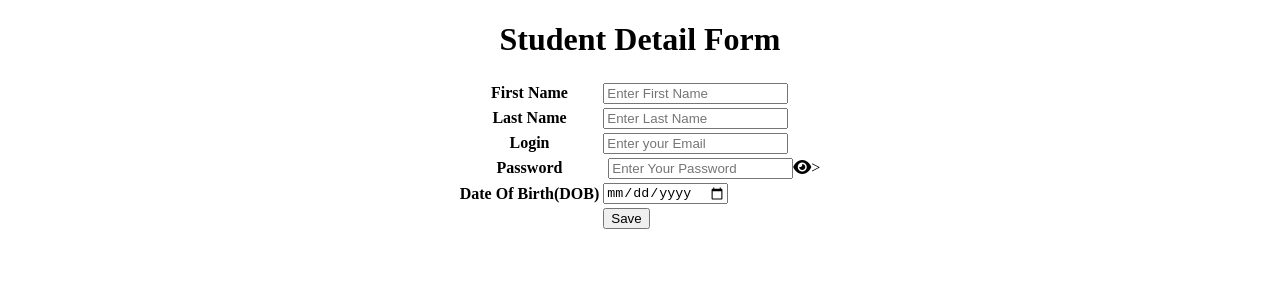
Repository: Abhi070717/Advance-Java
Page: http://localhost/jsp-servlet/UserForm.jsp
The author's editor kept a copy of each file at every save. The page is drawn from the files as they stood at one save, then again after the next save.
The browser window is 1280 px wide. The pictures show the whole page.
The page is served by Tomcat 9. Other server files are loaded and not shown.

Above is the page before, as saved 2026-01-21 10:31:23.

### Jsp-servlet/jsp-servlet/WebContent/UserForm.jsp
<%@ page language="java" contentType="text/html; charset=ISO-8859-1"
	pageEncoding="ISO-8859-1"%>
<!DOCTYPE html>
<html>
<head>
<meta charset="ISO-8859-1">
<title>Student Form</title>
<style>
.eye {
	cursor: pointer;
	margin-left: 5px;
}
</style>
<link rel="stylesheet"
	href="https://cdnjs.cloudflare.com/ajax/libs/font-awesome/6.5.0/css/all.min.css">
<script>
	function togglePassword() {
		var pwd = document.getElementById("password");
		if (pwd.type === "password") {
			pwd.type = "text";
		} else {
			pwd.type = "password";
		}
	}
</script>
</head>
<body>

	<div align="center">

		<form>
			<h1>Student Detail Form</h1>
			<table>
				<tr>
					<th>First Name</th>
					<td><input type="text" name="firstName" value=""
						placeholder="Enter First Name"></td>
				</tr>
				<tr>
					<th>Last Name</th>
					<td><input type="text" name="lastName" value=""
						placeholder="Enter Last Name"></td>
				</tr>
				<tr>
					<th>Login</th>
					<td><input type="email" name="login" value=""
						placeholder="Enter your Email"></td>
				</tr>
				<tr>
					<th>Password</th>
					<td><input type="password" id="password" name="password"
						placeholder="Enter Your Password"<span class="eye"
						onclick="togglePassword()"><i class="fa fa-eye"></i></span>> </td>
				</tr>

				<tr>
					<th>Date Of Birth(DOB)</th>
					<td><input type="date" name="DOB" value=""></td>
				</tr>
				<tr>
					<th></th>
					<td><input type="Submit" name="operation" value="Save"></td>
				</tr>
			</table>

		</form>

	</div>

</body>
</html>

After the next save:
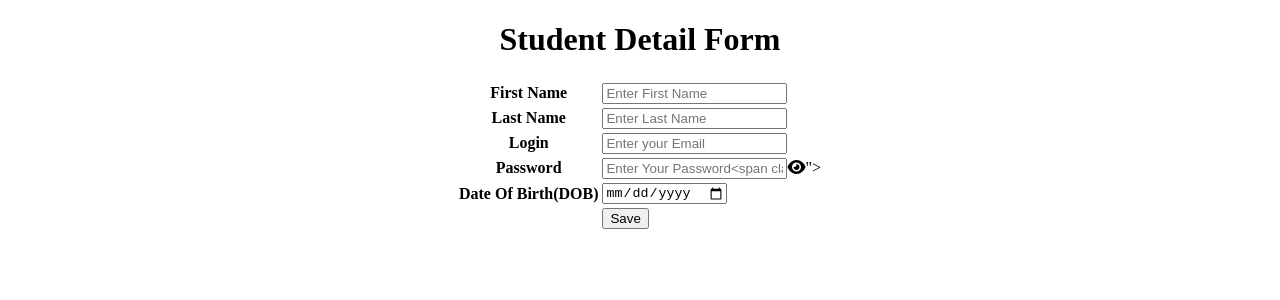
Saved 17 s later.
--- a/Jsp-servlet/jsp-servlet/WebContent/UserForm.jsp
+++ b/Jsp-servlet/jsp-servlet/WebContent/UserForm.jsp
@@ -49,8 +49,8 @@
 				<tr>
 					<th>Password</th>
 					<td><input type="password" id="password" name="password"
-						placeholder="Enter Your Password"<span class="eye"
-						onclick="togglePassword()"><i class="fa fa-eye"></i></span>> </td>
+						placeholder="Enter Your Password<span class="eye"
+						onclick="togglePassword()"><i class="fa fa-eye"></i></span>"> </td>
 				</tr>
 
 				<tr>
